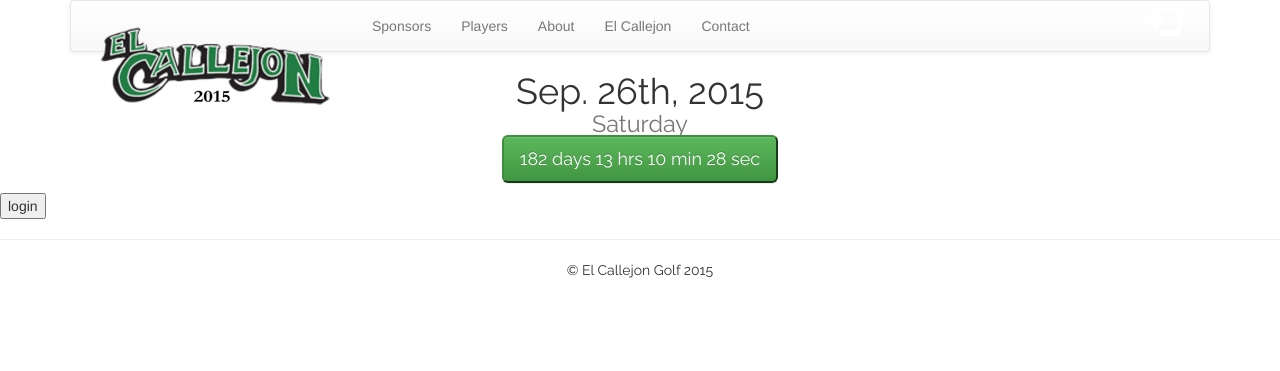
Repository: rojour/callejongolf
Page: register/templates/registration/login.html
The author's editor kept a record of every edit. The page is drawn from the files as they stood at one moment, then again after the next edit.
The browser window is 1280 px wide. The pictures show the whole page.
Some web libraries are served in a nearby version. The template is drawn by Django 2.2. The application's start-up code is not run. The template is opened directly, without the code that normally fills it, so the values that code supplies are empty.

Above is the page before.

After the next edit:
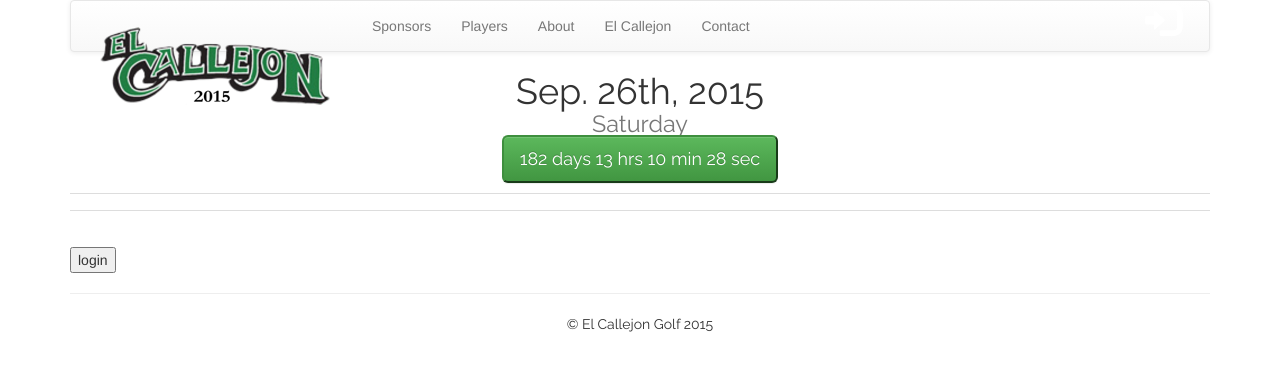
The edit:
--- a/register/templates/registration/login.html
+++ b/register/templates/registration/login.html
@@ -9,7 +9,8 @@
 
 <form method="post" action="{% url 'django.contrib.auth.views.login' %}">
 {% csrf_token %}
-<table>
+<div class="container">
+<table class="table ">
 <tr>
     <td>{{ form.username.label_tag }}</td>
     <td>{{ form.username }}</td>
